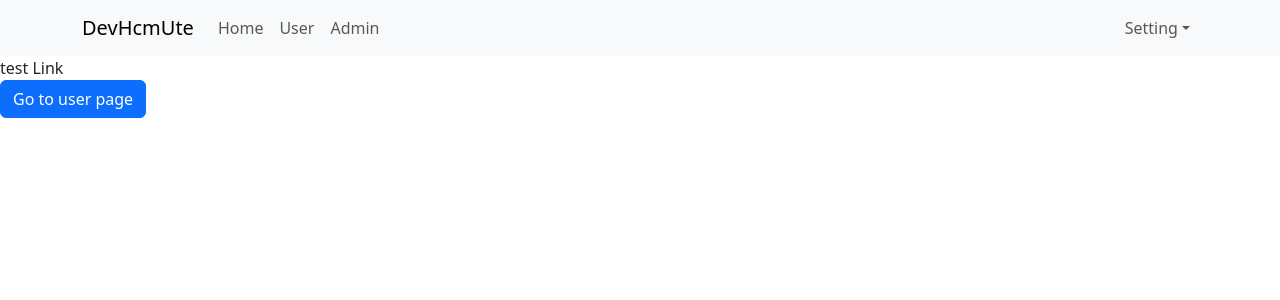
Repository: nnbxxx/React-Untimate
Page: /
These files come from the project's save history. The page is drawn as it stood at one moment and after the next save; the edit follows.
The browser window is 1280 px wide. The pictures show the whole page.
The project was rebuilt for these pictures with package versions that can differ from the ones it lists, and the page was loaded fresh each time.

Above is the page before, as saved 2023-04-11 16:19:08.

### src/index.js
import React from "react";
import ReactDOM from "react-dom/client";
import App from "./App";
import reportWebVitals from "./reportWebVitals";
import { Provider } from "react-redux";
import store from "./redux/store";
import "bootstrap/dist/css/bootstrap.min.css";
import {
  createBrowserRouter,
  RouterProvider,
  BrowserRouter,
} from "react-router-dom";
const root = ReactDOM.createRoot(document.getElementById("root"));
root.render(
  <Provider store={store}>
    {/* <React.StrictMode> */}
    <BrowserRouter>
      <App />
    </BrowserRouter>

    {/* </React.StrictMode> */}
  </Provider>
);

// If you want to start measuring performance in your app, pass a function
// to log results (for example: reportWebVitals(console.log))
// or send to an analytics endpoint. Learn more: https://bit.ly/CRA-vitals
reportWebVitals();

### src/App.js
import { Button } from "react-bootstrap";
import "./App.scss";
import Header from "./components/Header/Header";

const App = () => {
  return (
    <div className='app-container'>
      <Header />
      <div>
        test Link
        <div>
          <Button className='btn btn-primary'>Go to user page</Button>
        </div>
      </div>
    </div>
  );
};

export default App;

### src/App.scss
body {
  padding: 0;
  margin: 0;
  font-family: -apple-system, BlinkMacSystemFont, "Segoe UI", "Roboto", "Oxygen",
    "Ubuntu", "Cantarell", "Fira Sans", "Droid Sans", "Helvetica Neue",
    sans-serif;
  -webkit-font-smoothing: antialiased;
  -moz-osx-font-smoothing: grayscale;
}

### src/components/Header/Header.js
import Container from "react-bootstrap/Container";
import Nav from "react-bootstrap/Nav";
import Navbar from "react-bootstrap/Navbar";
import NavDropdown from "react-bootstrap/NavDropdown";

const Header = () => {
  return (
    <Navbar bg='light' expand='lg'>
      <Container>
        <Navbar.Brand href='#home'>DevHcmUte</Navbar.Brand>
        <Navbar.Toggle aria-controls='basic-navbar-nav' />
        <Navbar.Collapse id='basic-navbar-nav'>
          <Nav className='me-auto'>
            <Nav.Link href='#home'>Home</Nav.Link>
            <Nav.Link href='#link'>User</Nav.Link>
            <Nav.Link href='#link'>Admin</Nav.Link>
          </Nav>
          <Nav>
            <NavDropdown title='Setting' id='basic-nav-dropdown'>
              <NavDropdown.Item href='#action/3.1'>Log in</NavDropdown.Item>
              <NavDropdown.Item href='#action/3.2'>Log out</NavDropdown.Item>
              <NavDropdown.Item href='#action/3.3'>Profile</NavDropdown.Item>
              <NavDropdown.Divider />
              <NavDropdown.Item href='#action/3.4'>
                Separated link
              </NavDropdown.Item>
            </NavDropdown>
          </Nav>
        </Navbar.Collapse>
      </Container>
    </Navbar>
  );
};

export default Header;

Loaded but not shown: public/index.html (common file); src/reportWebVitals.js (common file); src/redux/store.js (common file); src/redux/reducer/rootReducer.js (common file); src/redux/reducer/counterReducer.js (common file); src/redux/action/counterAction.js (common file)

After the next save:
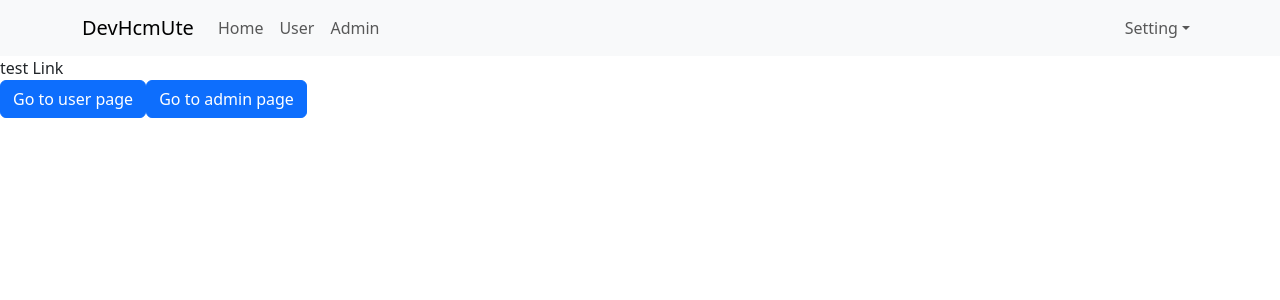
Saved 12 s later.
--- a/src/App.js
+++ b/src/App.js
@@ -10,6 +10,7 @@ const App = () => {
         test Link
         <div>
           <Button className='btn btn-primary'>Go to user page</Button>
+          <Button className='btn btn-primary'>Go to admin page</Button>
         </div>
       </div>
     </div>
